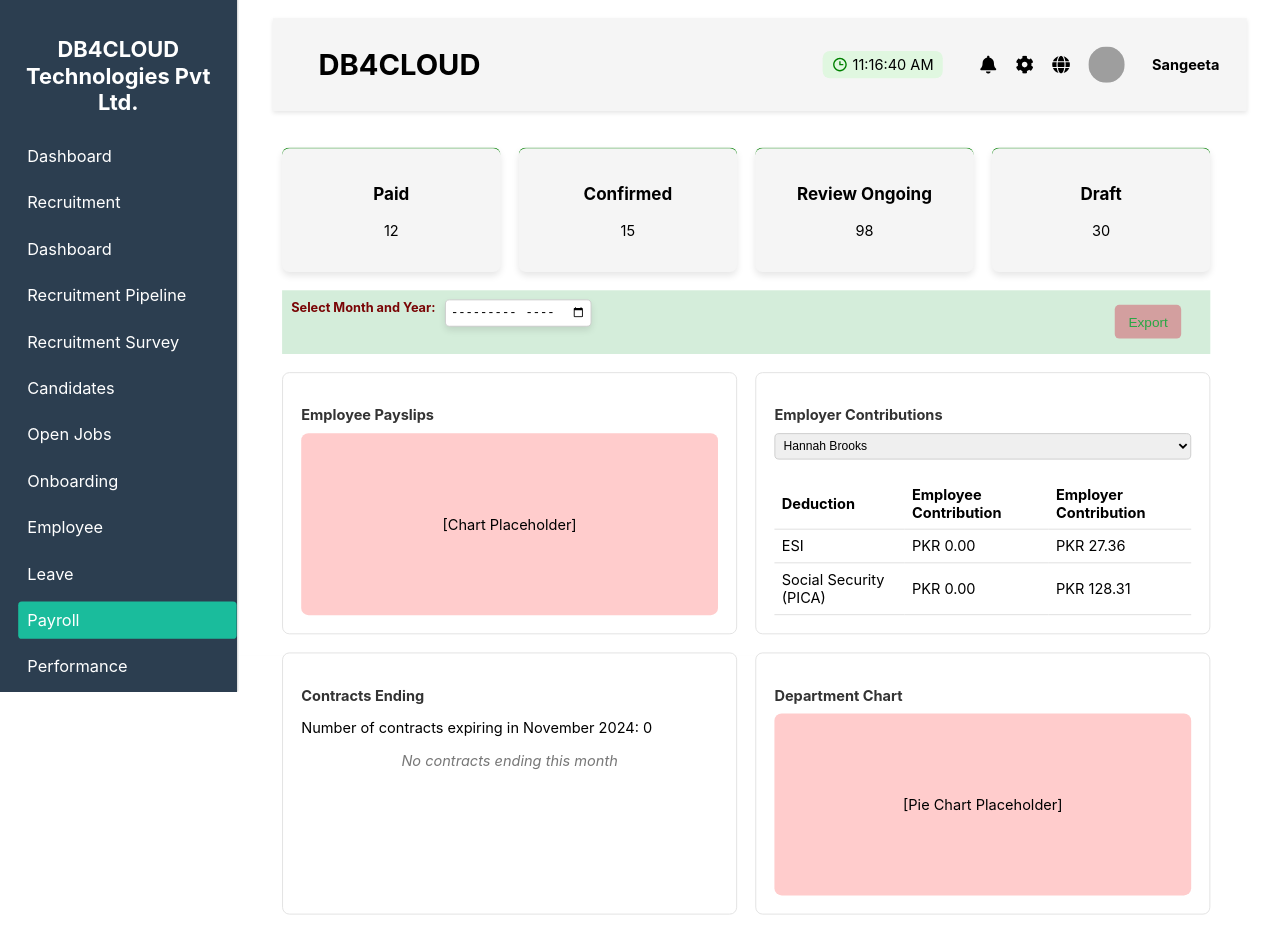
Repository: tinu-ns/Dev-code
Page: /payroll/payroll-dashboard (app in HRMS-DEMO-Sang/hrms/)
An editor plug-in stored every save of this project. The page is shown before and after the next save, followed by the edit.
The browser window is 1280 px wide. The page is 1390 px wide, so the pictures cover 1390 px, including what lies to the right of the window. The pictures show the whole page, at 91% of full size.
Pictures or frames that could not be fetched are drawn as grey boxes. The project was rebuilt for these pictures with package versions that can differ from the ones it lists, and the page was loaded fresh each time. Also part of the build but not shown: HRMS-DEMO-Sang/hrms/src/components/Dashboard.js, HRMS-DEMO-Sang/hrms/src/components/Recruitment.js, HRMS-DEMO-Sang/hrms/src/components/Payroll/Payroll.js, HRMS-DEMO-Sang/hrms/src/components/Leave.js, HRMS-DEMO-Sang/hrms/src/components/Employee.js, HRMS-DEMO-Sang/hrms/src/components/MainContent.css, HRMS-DEMO-Sang/hrms/src/components/MainContent.js, HRMS-DEMO-Sang/hrms/src/components/RightSidebar.css and 8 more. Imported but missing from the stored project, and not drawn on this page: HRMS-DEMO-Sang/hrms/src/components/Onboarding, HRMS-DEMO-Sang/hrms/src/components/Performance.

Above is the page before, as saved 2024-11-06 11:50:58.

### HRMS-DEMO-Sang/hrms/src/App.js
// App.js
import React from 'react';
import { BrowserRouter as Router, Route, Routes, Navigate } from 'react-router-dom';
import Sidebar from './components/Sidebar';
import Dashboard from './components/Dashboard';
import Recruitment from './components/Recruitment';
import Onboarding from './components/Onboarding';
import Performance from './components/Performance';
import Payroll from './components/Payroll/Payroll';
import Leave from './components/Leave';
import Employee from './components/Employee';
import Header from './components/Header';
import MainContent from './components/MainContent';
import RightSidebar from './components/RightSidebar';
import RecruitmentDashboard from './components/Recruitment/RecruitmentDashboard';
import RecruitmentPipeline from './components/Recruitment/RecruitmentPipeline';
import Allowances from './components/Payroll/Allowances';
import Contract from './components/Payroll/Contract';
import Deductions from './components/Payroll/Deductions';
import Payslips from './components/Payroll/Payslips';
import PayrollDashboard from './components/Payroll/PayrollDashboard';
import EmployeeDashboard from './components/Employee/EmployeeDashboard';


import './App.css';

function App() {
  return (
    <Router>
      <div className="app">
        <Sidebar />
        <div className='content-container'>
          <Header />
          <div className="main-section">
            <Routes>
              {/* Main Dashboard Route */}
              <Route path="/" element={<><MainContent /><RightSidebar /></>} />

              {/* Subpage Routes */}
              <Route path="/dashboard" element={<Dashboard />} />
              <Route path="/recruitment" element={<Recruitment />} />
              <Route path="/recruitment/dashboard" element={<RecruitmentDashboard />} />
              <Route path="/recruitment/pipeline" element={<RecruitmentPipeline />} />
              <Route path="/recruitment/survey" element={<div>Survey Page</div>} />
              <Route path="/recruitment/candidates" element={<div>Candidates Page</div>} />
              <Route path="/recruitment/open-jobs" element={<div>Open Jobs Page</div>} />
              <Route path="/onboarding" element={<Onboarding />} />
              <Route path="/employee" element={<Employee />} />

              {/* Payroll Section Routes */}

              <Route path="/employee" element={<EmployeeDashboard />} />
            {/* Other routes */}
            <Route path="*" element={<Navigate to="/employee" />} />

              <Route path="/leave" element={<Leave />} />

              {/* Payroll Section Routes */}
              <Route path="/payroll" element={<Payroll />} />
              <Route path="/payroll/allowances" element={<Allowances />} />
              <Route path="/payroll/contract" element={<Contract />} />
              <Route path="/payroll/deductions" element={<Deductions />} />
              <Route path="/payroll/payslips" element={<Payslips />} />
              <Route path="/payroll/payroll-dashboard" element={<PayrollDashboard />} />
              <Route path="/performance" element={<Performance />} />


              {/* Redirect unknown routes to main dashboard */}
              <Route path="*" element={<Navigate to="/" />} />
            </Routes>
          </div>
        </div>
      </div>
    </Router>
  );
}

export default App;

### HRMS-DEMO-Sang/hrms/src/components/Sidebar.js
import React, {useState} from "react";
import { NavLink } from "react-router-dom";

import "./Sidebar.css"
const Sidebar = () => {
  const [isPayrollOpen, setIsPayrollOpen] = useState(false);
  const togglePayrollMenu = () => {
    setIsPayrollOpen(!isPayrollOpen);
  };


  return (
    <div className="container">
    <div className="sidebar">
      <h2>DB4CLOUD Technologies Pvt Ltd.</h2>
      <ul className="sidebar-list">
      <li>
          <NavLink to="/dashboard" activeClassName="active">
            Dashboard
          </NavLink>
        </li>
        <li>
          <NavLink to="/recruitment" activeClassName="active">
            Recruitment
          </NavLink>
          <ul>
            <li><NavLink to="/recruitment/dashboard">Dashboard</NavLink></li>
            <li><NavLink to="/recruitment/pipeline">Recruitment Pipeline</NavLink></li>
            <li><NavLink to="/recruitment/survey">Recruitment Survey</NavLink></li>
            <li><NavLink to="/recruitment/candidates">Candidates</NavLink></li>
            <li><NavLink to="/recruitment/open-jobs">Open Jobs</NavLink></li>
          </ul>
        </li>
        {/* Add more items as needed */}
        <li>
          <NavLink to="/onboarding" activeClassName="active">
            Onboarding
          </NavLink>
        </li>
        <li>
          <NavLink to="/employee" activeClassName="active">
            Employee
          </NavLink>
        </li>
        <li>
          <NavLink to="/leave" activeClassName="active">
            Leave
          </NavLink>
        </li>
            {/* Payroll section */}
        <li>
          <NavLink to="/payroll" activeClassName="active" className="menu-toggle" onClick={togglePayrollMenu}>
            Payroll
          </NavLink>

          {isPayrollOpen && (
            <ul className="submenu">
              <li><NavLink to="/payroll/payroll-dashboard">Dashboard</NavLink></li>
              <li><NavLink to="/payroll/allowances">Allowances</NavLink></li>
              <li><NavLink to="/payroll/contract">Contracts</NavLink></li>
              <li><NavLink to="/payroll/deductions">Deductions</NavLink></li>
              <li><NavLink to="/payroll/payslips">Payslips</NavLink></li>
              <li><NavLink to="/payroll/payroll">Payroll</NavLink></li>
              <li><NavLink to="/payroll/loan-advance-salary">Loan / Advance Salary</NavLink></li>
              <li><NavLink to="/payroll/encashments-reimbursements">Encashments & Reimbursements</NavLink></li>
              <li><NavLink to="/payroll/federal-tax">Federal Tax</NavLink></li>
            </ul>
          )}
        </li>
        <li>
          <NavLink to="/performance" activeClassName="active">
            Performance
          </NavLink>
        </li>
        <li>
          <NavLink to="/offboarding" activeClassName="active">
            Offboarding
          </NavLink>
        </li>
        <li>
          <NavLink to="/assets" activeClassName="active">
            Assets
          </NavLink>
        </li>
        <li>
          <NavLink to="/help-desk" activeClassName="active">
            Help Desk
          </NavLink>
        </li>
        <li>
          <NavLink to="/configuration" activeClassName="active">
            Configuration
          </NavLink>
        </li>
      </ul>
    </div>

    </div>
  );
};

export default Sidebar;

### HRMS-DEMO-Sang/hrms/src/components/Header.js
import React, {useState,useEffect} from 'react'
import {FaBell, FaCog, FaGlobe, FaSignOutAlt} from 'react-icons/fa'
import {BiTime} from 'react-icons/bi'
import './Header.css'

const Header = () => {
    const [currentTime, setCurrentTime] = useState('')
    const [showDropdown, setShowDropdown] = useState(false);

    const getCurrentTime = () => {
        const now = new Date()
        return now.toLocaleTimeString()   // Returns time as HH:MM:SS
    }

// Update time every second
useEffect(() => {
    const timer = setInterval(() => {
      setCurrentTime(getCurrentTime());
    }, 1000); // Update every 1000ms (1 second)

    // Cleanup interval on component unmount
    return () => clearInterval(timer);
  }, []); // Empty dependency array to run only on mount/unmount


    const toggleDropdown = () => {
        setShowDropdown(!showDropdown)
    }


  return (
    <header className='bg-container'>
      <div className='header'>
        <div className="header-left">
        <button className='menu-button'></button>
        <h1>DB4CLOUD</h1>
        </div>

        <div className="header-right">
          {/*  <p>You cannot mark attendence from this network</p> */}

                {/* Time display*/ }
                <div className="time-box">
                    <BiTime className='time-icon' />
                    <span>{currentTime}</span>
                </div>

                {/*Icons for notificatins, settings, etc. */}
                <FaBell className='icon' title='Notifications' />
                <FaCog className="icon" title="Settings" />
                <FaGlobe className='icon' title='Language' />

                {/* User Profile with dropdown*/ }

                <div className="user-profile" onClick={toggleDropdown}>
                    <div className="user-avatar">
                    < img src="https://th.bing.com/th/id/OIP.Pgv1PargHCECE7gCB5kJ-wHaKx?rs=1&pid=ImgDetMain"
                alt="user-Avatar" className="avatar" />
                    </div>
                    <span className="user-name">Sangeeta</span>

{showDropdown && (
    <div className="dropdown">
        <ul>
            <li>Profile</li>
            <li>Setting</li>
            <li>
                <FaSignOutAlt /> Logout
            </li>
        </ul>
    </div>
)}

</div>

     {  /*      <div className="user-info">
                <span className='user-name'>Shalu</span>
                < img src="https://th.bing.com/th/id/OIP.Pgv1PargHCECE7gCB5kJ-wHaKx?rs=1&pid=ImgDetMain"
                alt="user-Avatar" className="avatar" />
            </div>
            */ }
        </div>


      </div>

    </header>
  )
}

export default Header

### HRMS-DEMO-Sang/hrms/src/App.css
.app{
  display: flex;
  height: 100vh;
  background-color: #f4f4f4;
}

.content-container{
  flex-grow: 1;
  padding: 20px;
  background-color: #fff;
  margin-left: 200px;
  display: flex;
  flex-direction: column;

}

.main-section{
  display: flex;
  justify-content: space-between;
  padding: 20px;
}


.sidebar {
  width: 220px;
  background-color: #2c3e50;
  position: fixed;
  height: 100vh;
}

### HRMS-DEMO-Sang/hrms/src/components/Sidebar.css
 .container{
    display: flex;
    height: 100vh;
    margin-right: 50px;
}

/*
.content{
    flex-grow: 1;
    padding: 20px;
    padding-left: 50px;

}  */

.sidebar {
    width: 220px;
    height: 100vh;
    background-color: #503f2c;
    padding: 20px;
    color: white;
    height: 100vh;
    position: fixed;
    border-right: 2px solid #ddd;
    overflow-y: auto;        /* Allows vertical scrolling */
    position: fixed;
    margin-right: 200px;        /* Keeps sidebar fixed on the left side */

  }



  .sidebar h2{
    text-align: center;
    margin-bottom: 30px;
    font-size: 24px;
  }

  .sidebar-list{
    list-style-type: none;
    padding: 0;
  }


  .sidebar-list li{
    margin-bottom: 15px;
  }

  .sidebar-list li a {
    color: white;
    text-decoration: none;
    font-size: 18px;
    padding: 10px;
    border-radius: 4px;
    display: block;
  }

  .sidebar-list li a:hover{
    color: #1abc9c;
  }

  .sidebar-list li a.active{
    background-color: #1abc9c;
    color: white;
  }

  .sidebar {
    width: 250px;
    background-color: #2E3A46;
    color: #FFF;
    padding: 20px;
    height: 100vh;
  }

  .sidebar h2 {
    font-size: 1.5em;
    margin-bottom: 1em;
  }

  .sidebar ul {
    list-style: none;
    padding: 0;
  }

  .sidebar li {
    margin: 10px 0;
  }

  .sidebar li ul {
    margin-top: 5px;
  }

  .sidebar a {
    color: #FFF;
    text-decoration: none;
  }

  .sidebar a:hover {
    text-decoration: underline;
  }

  .sidebar a.active {
    color: #20c997;
  }

  .sidebar ul li a:hover, .menu-toggle:hover {
    background-color: #34495e;
  }

  .menu-toggle {
    background: none;
    border: none;
    color: #ecf0f1;
    font-size: 1rem;
    text-align: left;
    cursor: pointer;
    width: 100%;
    padding: 10px;
  }

  .submenu {
    list-style-type: none;
    padding-left: 20px;
  }

  .submenu li a {
    padding-left: 20px;
    font-size: 0.9rem;
  }

### HRMS-DEMO-Sang/hrms/src/components/Employee.css
/* EmployeeDashboard.css */
.employee-dashboard {
    padding: 20px;
  }

  .container {
    display: flex;
    justify-content: space-between;
    align-items: flex-start;
  }

  .month-year-selector {
    width: 40%;
  }

  .employee-details {
    width: 55%;
    padding: 10px;
    border: 1px solid #ccc;
    border-radius: 5px;
  }

  .calendar {
    margin-top: 10px;
    border: 1px solid #007bff;
    padding: 10px;
  }

  .calendar-month {
    display: grid;
    grid-template-columns: repeat(7, 1fr); /* 7 columns for the days */
    gap: 5px;
  }

  .calendar-day {
    padding: 10px;
    background-color: #f0f0f0;
    text-align: center;
    cursor: pointer;
    border: 1px solid #ccc;
    border-radius: 3px;
    transition: background-color 0.3s;
  }

  .calendar-day:hover {
    background-color: #d0e8ff;
  }

  .employee-chart {
    margin-top: 10px;
  }

  .employee-status {
    padding: 10px;
    border: 1px solid #ccc;
    border-radius: 5px;
    display: flex;
    justify-content: space-between;
    margin-bottom: 5px;
  }

  .draft { background-color: #fff3cd; }
  .reviewed { background-color: #cce5ff; }
  .confirmed { background-color: #d4edda; }
  .paid { background-color: #d1ecf1; }

### HRMS-DEMO-Sang/hrms/src/components/Header.css
.bg-container{
  padding-left: 30px;

}

.header {
    background-color: #f5f5f5;
    padding: 10px 20px;
    display: flex;
    justify-content: space-between;
    align-items: center;
    box-shadow: 0px 2px 5px rgba(0, 0, 0, 0.1);
  }

  .header-left {
    display: flex;
    align-items: center;
  }

  .menu-button {
    font-size: 24px;
    background: none;
    border: none;
    cursor: pointer;
  }

  .h1{
    margin-left: 15px;
    font-size: 24px;
    color: red! important ;
  }

  .header-right{
    display: flex;
    align-items: center;
  }

  .icon{
    margin-left: 20px;
    font-size: 20px;
    cursor: pointer;
  }

  .time-box {
    display: flex;
    align-items: center;
    background-color: #e0f7e0;
    padding: 5px 10px;
    border-radius: 8px;
    margin-right: 20px;
  }

  .time-icon {
    margin-right: 5px;
    font-size: 18px;
    color: green;
  }

  .user-profile{
    display: flex;
    align-items: center;
    cursor: pointer;
    position: relative;
  }

  .user-avatar{
    padding: 20px;
  }

  .avatar{
    width: 40px;
    height: 40px;
    background-color: #d4d4d4;
    border-radius: 50%;
    display: flex;
    justify-content: center;
    align-items: center;
    font-size: 18px;
    color: white;
    margin-right: 10px;

  }

  .user-name{
    font-weight: bold;
  }

  .dropdown{
    position: absolute;
    top: 50px;
    right: 0;
    background-color: #fff;
    box-shadow: 0px 2px 8px rgba(0, 0, 0, 0.1);
    border-radius: 5px;
    z-index: 100;
  }

  .dropdown ul {
    list-style-type: none;
    padding: 10px;
    margin: 0;
  }

  .dropdown ul li {
    padding: 10px 15px;
    cursor: pointer;
  }

  .dropdown ul li:hover {
    background-color: #f5f5f5;
  }

  .user-info {
    display: flex;
    align-items: center;
  }

  .user-name {
    margin-right: 10px;
  }

### HRMS-DEMO-Sang/hrms/src/components/Recruitment/RecruitmentPipeline.css
.pipeline-container {
    padding: 20px;
    background-color: #f5f5f5;
    border-radius: 8px;
  }

  .pipeline-section {
    margin-top: 20px;
  }

  .pipeline-section h3 {
    background-color: #f8f9fa;
    padding: 10px;
    border-left: 5px solid #ffa500;
  }

  .recruitment-table {
    width: 100%;
    border-collapse: collapse;
  }

  .recruitment-table th,
  .recruitment-table td {
    padding: 10px;
    border-bottom: 1px solid #ddd;
    text-align: left;
  }

  .recruitment-table th {
    background-color: #f1f1f1;
  }

  button {
    padding: 5px 10px;
    margin: 0 5px;
    border: none;
    border-radius: 4px;
    cursor: pointer;
  }

  button:hover {
    background-color: #ddd;
  }

### HRMS-DEMO-Sang/hrms/src/components/Payroll/PayrollDashboard.css
/* PayrollDashboard.css */
.payroll-dashboard {
  padding: 20px;
}

.status-containers {
  display: flex;
  justify-content: space-between;
  margin-bottom: 20px;
}

.status-container {
  background-color: #f0f0f0;
  border: 1px solid #ccc;
  padding: 10px;
  text-align: center;
  width: 18%;
}

.paid {
  background-color: #d4edda;
}
.confirmed {
  background-color: #cce5ff;
}
.review {
  background-color: #fff3cd;
}
.draft {
  background-color: #f8d7da;
}


.export-buttons {
  display: flex;
  gap: 10px;
  padding: 10px;
  text-align: center;
  cursor: pointer;
  width: 100px;


}

.export{
    color: #28a745;
    font-size: 15px;
    padding: 10px 15px;
    font-weight: 400;
    cursor: pointer;
    font-size: 15px;
    background-color:  #d39f9f;
    border-radius: 5px;
    border: none;




}

.export-form {
  margin-top: 20px;
  border: 1px solid #ccc;
  padding: 20px;
  background-color: #f9f9f9;
  border: 1px solid #ccc;
  border-radius: 5px;
  width: 40%;
  display: flex;
  flex-direction: column;
  box-shadow: 0px 4px 8px rgba(0, 0, 0, 0.1);
}

.form-row {
    display: flex;
    gap: 20px;
    margin-bottom: 10px;
  }

  .form-group {
    display: flex;
    flex-direction: column;
    flex: 1;
  }

  .form-group label {
    margin-bottom: 5px;
    font-size: 14px;
    color: #333;
    font-weight: bold;
  }

.export-form label {
  display: block;
  margin-bottom: 10px;
}

.export-form input,
.export-form select {
    padding: 8px;
  border: 1px solid #ccc;
  border-radius: 5px;
}

.export-form button {
  margin-top: 10px;
  padding: 10px;
  background-color: #28a745;
  color: white;
  border: none;
  cursor: pointer;
}

.submit-button:hover {
    background-color: #218838;
  }

.status {
  display: flex;
  justify-content: space-around;
  gap: 20px;
}

.status-item {
  background-color: #f5f5f5;
  padding: 20px;
  width: 200px;
  text-align: center;
  border-radius: 8px;
  margin-bottom: 20px;
  box-shadow: 0px 4px 8px rgba(0, 0, 0, 0.1);
  border-top: 1px solid green;
}

.row-container {
  display: flex;
  align-items: center;
  justify-content: space-between; /* Space between calendar and export button */
  margin-bottom: 20px;
  background-color: #d4edda;
  text-align: center;

}

.calendar-container {
    margin-bottom: 20px;
  }


.date-selector {
  display: flex;
  flex-direction: row;
  padding: 10px;
}

.date-selector label {
  font-size: 14px;
  margin-bottom: 5px;
  margin-right: 10px;
  color: rgb(121, 5, 5);
  font-weight: bold;
  text-align: center;
}

.date-selector input[type="month"] {
  padding: 5px;
  border: 1px solid #ccc;
  border-radius: 5px;
  box-shadow: 0px 4px 8px rgba(0, 0, 0, 0.1);
}

.dashboard-content {
  display: grid;
  grid-template-columns: 1fr 1fr;
  gap: 20px;
}

.employee-payslips,
.contributions,
.contracts-ending,
.department-chart {
  background-color: #ffffff;
  border: 1px solid #e0e0e0;
  border-radius: 8px;
  padding: 20px;
}

.employee-payslips h3,
.contributions h3,
.contracts-ending h3,
.department-chart h3 {
  font-size: 16px;
  color: #333333;
  margin-bottom: 10px;
}

.payslip-chart,
.chart-placeholder {
  height: 200px;
  background-color: #ffcccc;
  border-radius: 8px;
  display: flex;
  align-items: center;
  justify-content: center;
}

.employee-dropdown {
  width: 100%;
  padding: 5px;
  margin-bottom: 10px;
  border: 1px solid #ccc;
  border-radius: 5px;
}

table {
  width: 100%;
  border-collapse: collapse;
  margin-top: 10px;
}

th,
td {
  padding: 8px;
  text-align: left;
  border-bottom: 1px solid #ddd;
}

.no-contracts {
  text-align: center;
  color: #777;
  font-style: italic;
}

### HRMS-DEMO-Sang/hrms/src/components/Employee/EmployeeDashboard.css
/* EmployeeDashboard.css */
.employee-dashboard {
    padding: 20px;
  }

  .container {
    display: flex;
    justify-content: space-between;
    align-items: flex-start;
  }

  .month-year-selector {
    width: 40%;
  }

  .employee-details {
    width: 55%;
    padding: 10px;
    border: 1px solid #ccc;
    border-radius: 5px;
  }

  .calendar {
    margin-top: 10px;
    border: 1px solid #007bff;
    padding: 10px;
  }

  .calendar-month {
    display: grid;
    grid-template-columns: repeat(7, 1fr); /* 7 columns for the days */
    gap: 5px;
  }

  .calendar-day {
    padding: 10px;
    background-color: #f0f0f0;
    text-align: center;
    cursor: pointer;
    border: 1px solid #ccc;
    border-radius: 3px;
    transition: background-color 0.3s;
  }

  .calendar-day:hover {
    background-color: #d0e8ff;
  }

  .employee-chart {
    margin-top: 10px;
  }

  .employee-status {
    padding: 10px;
    border: 1px solid #ccc;
    border-radius: 5px;
    display: flex;
    justify-content: space-between;
    margin-bottom: 5px;
  }

  .draft { background-color: #fff3cd; }
  .reviewed { background-color: #cce5ff; }
  .confirmed { background-color: #d4edda; }
  .paid { background-color: #d1ecf1; }

Loaded but not shown: HRMS-DEMO-Sang/hrms/public/index.html (common file); HRMS-DEMO-Sang/hrms/src/index.js (common file); HRMS-DEMO-Sang/hrms/src/index.css (common file); HRMS-DEMO-Sang/hrms/src/reportWebVitals.js (common file); HRMS-DEMO-Sang/hrms/src/components/Payroll/PayrollDashboard.js (185 lines, source omitted)

After the next save:
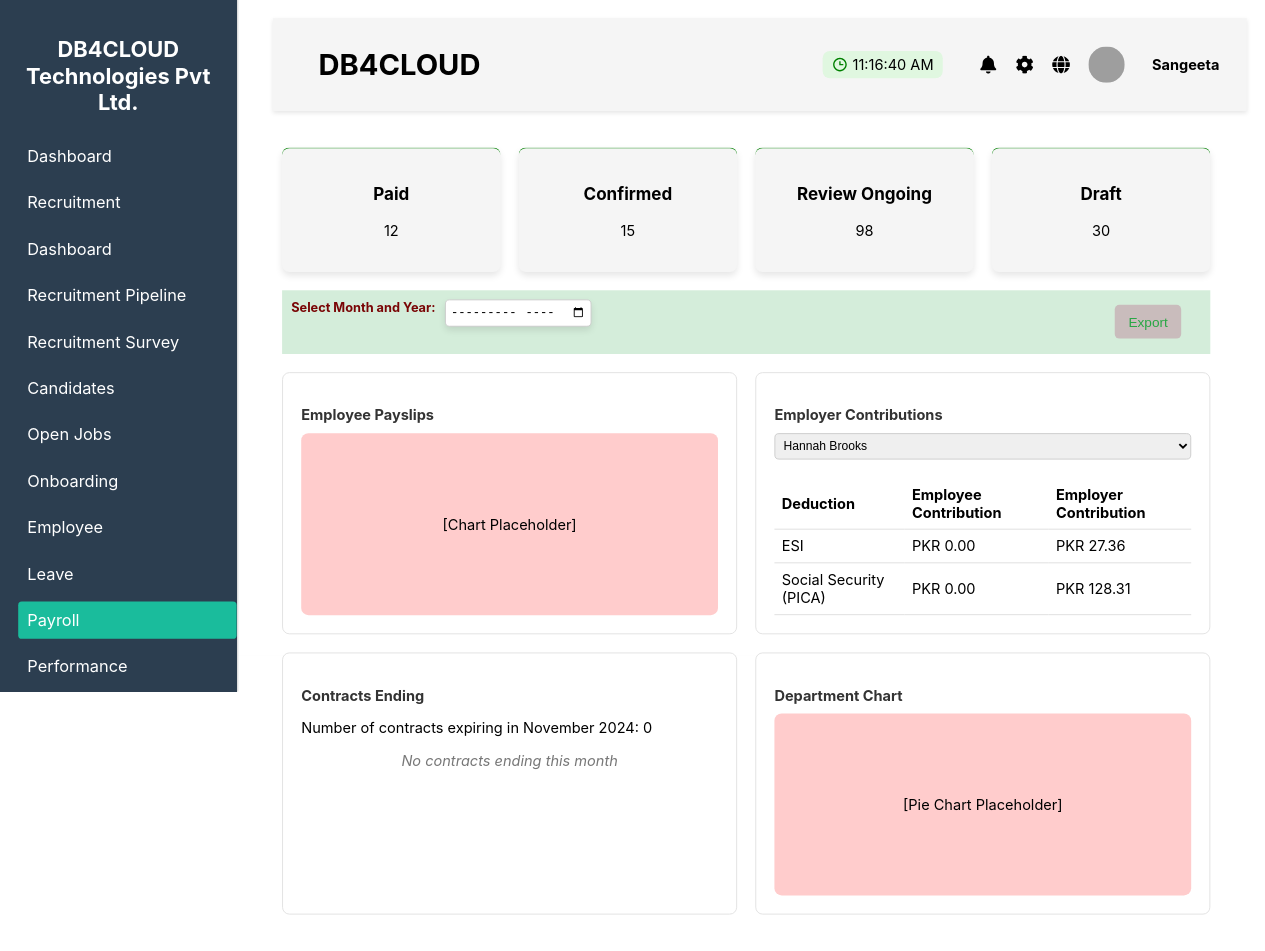
Saved 4 s later.
--- a/HRMS-DEMO-Sang/hrms/src/components/Payroll/PayrollDashboard.css
+++ b/HRMS-DEMO-Sang/hrms/src/components/Payroll/PayrollDashboard.css
@@ -49,7 +49,7 @@
     font-weight: 400;
     cursor: pointer;
     font-size: 15px;
-    background-color:  #d39f9f;
+    background-color:  #c9bcbc;
     border-radius: 5px;
     border: none;
 
